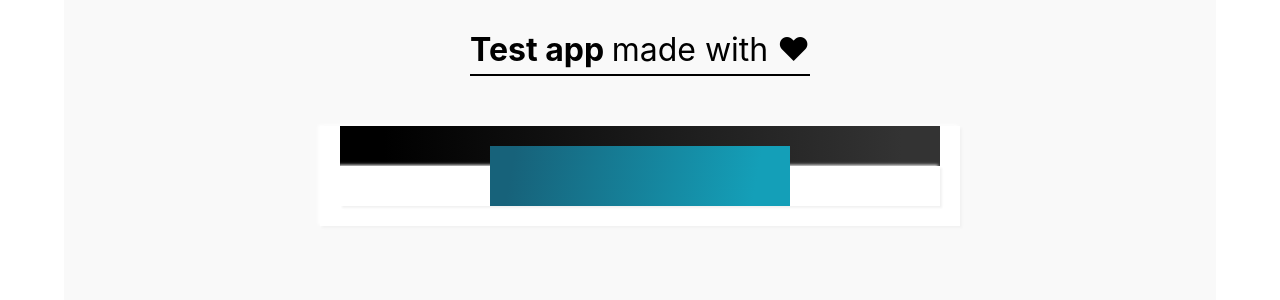
Repository: Khattak01/test-app
Page: /
The author's editor kept a copy of each file at every save. The page is drawn from the files as they stood at one save, then again after the next save.
The browser window is 1280 px wide. The pictures show the whole page.
The project was rebuilt for these pictures with package versions that can differ from the ones it lists, and the page was loaded fresh each time.

Above is the page before, as saved 2021-05-12 08:04:04.

### public/index.html
<!DOCTYPE html>
<html lang="en">
  <head>
    <meta charset="utf-8" />
    <link rel="icon" href="%PUBLIC_URL%/favicon.ico" />
    <meta name="viewport" content="width=device-width, initial-scale=1" />
    <meta name="theme-color" content="#000000" />
    <meta
      name="description"
      content="Web site created using create-react-app"
    />
    <link rel="apple-touch-icon" href="%PUBLIC_URL%/logo192.png" />
    <!--
      manifest.json provides metadata used when your web app is installed on a
      user's mobile device or desktop. See https://developers.google.com/web/fundamentals/web-app-manifest/
    -->
    <link rel="manifest" href="%PUBLIC_URL%/manifest.json" />
    <!--
      Notice the use of %PUBLIC_URL% in the tags above.
      It will be replaced with the URL of the `public` folder during the build.
      Only files inside the `public` folder can be referenced from the HTML.

      Unlike "/favicon.ico" or "favicon.ico", "%PUBLIC_URL%/favicon.ico" will
      work correctly both with client-side routing and a non-root public URL.
      Learn how to configure a non-root public URL by running `npm run build`.
    -->
    <title>Test App</title>
  </head>
  <body>
    <noscript>You need to enable JavaScript to run this app.</noscript>
    <div id="root"></div>
    <!--
      This HTML file is a template.
      If you open it directly in the browser, you will see an empty page.

      You can add webfonts, meta tags, or analytics to this file.
      The build step will place the bundled scripts into the <body> tag.

      To begin the development, run `npm start` or `yarn start`.
      To create a production bundle, use `npm run build` or `yarn build`.
    -->
  </body>
</html>

### src/index.js
import React from 'react';
import ReactDOM from 'react-dom';
import './index.css';
import App from '../src/components/app/App';

ReactDOM.render(
  <React.StrictMode>
      <App />
  </React.StrictMode>,
  document.getElementById('root')
);

### src/index.css
*{
  margin: 0;
  padding: 0;
  box-sizing: border-box;
}
body {
  margin: 0;
  font-family: -apple-system, BlinkMacSystemFont, 'Segoe UI', 'Roboto', 'Oxygen',
    'Ubuntu', 'Cantarell', 'Fira Sans', 'Droid Sans', 'Helvetica Neue',
    sans-serif;
  -webkit-font-smoothing: antialiased;
  -moz-osx-font-smoothing: grayscale;
}

code {
  font-family: source-code-pro, Menlo, Monaco, Consolas, 'Courier New',
    monospace;
}

.container{
  width:90%;
  margin:auto auto;
  background-color: #f9f9f9;
  padding: 10px;
}

### src/components/app/App.js
import React from 'react'
import './App.css'
import Banner from '../banner/Banner'

const App = () => {
    return (
        <div className="app container">
            <h1>Test app <span style={{fontWeight:'lighter'}}> made with </span> &#10084;</h1>
            <Banner />
        </div>
    )
}

export default App

### src/components/app/App.css
.app {
  padding: 30px 0;
  min-height: 100vh;
  text-align: center;
}
.app > h1 {
  display: inline-block;

  text-align: center;
  width: max-content;
  padding-bottom: 5px;
  border-bottom: 2px solid black;
  margin-bottom: 50px;
}

:root {
  --color-primary: linear-gradient(
    100.28537797494744deg,
    rgba(23, 98, 122, 1) 6.8671875%,
    rgba(23, 98, 122, 1) 8.216145833333332%,
    rgba(20, 159, 184, 1) 87.80468749999999%
  );

  --color-dark: linear-gradient(
    89.76211853375082deg,
    rgba(0, 0, 0, 1) 5.893229166666666%,
    rgba(0, 0, 0, 1) 7.356770833333332%,
    rgba(51, 51, 51, 1) 93.70572916666666%
  );
}

### src/components/banner/Banner.js
import React from 'react'
import classes from './Banner.module.css'

import Box from '../../UI/box/Box'

const Banner = () => {

    return (
        <Box className={classes.banner}>
            {/* <h1>Test App</h1>
            <button className={classes.banner__btn}>Button</button> */}
            <div className={classes.banner__top}></div>
            <div className={classes.banner__center}></div>
            <Box className={classes.banner__bottom}></Box>
        </Box>
    )
}

export default Banner

### src/components/banner/Banner.module.css
.banner {
  width: 100%;
  max-width: 40rem;
  min-width: 50vh;
  /* border: 1px solid black; */
  margin: auto auto;
  padding: 20px;
  padding-top: 0;
  position: relative;
}

.banner__top,.banner__bottom{
  height: 40px;
  width: 100%;
  background-color: red;
}
.banner__top{
  background-image: var(--color-dark);
}
.banner__center{
  position: absolute;
  top: 50%;
  left: 50%;
  transform: translate(-50%,-50%);

  background-image: var(--color-primary);
  width: 300px;
  height:60px
}




.banner__btn {
  margin: auto auto;
  width: 300px !important;
  display: flex;
  justify-content: center;
  align-items: center;
  /* background:#1AAB8A; */

  background-image: var(--color-primary);

  color: #fff;
  border: none;
  position: relative;
  height: 60px;
  font-size: 18px;
  padding: 0 20px;
  cursor: pointer;
  transition: 800ms ease all;
  outline: none;
}
.banner__btn:hover {
  background: #fff;
  color: #1aab8a;
}
.banner__btn:before,
.banner__btn:after {
  content: "";
  position: absolute;
  top: 0;
  right: 0;
  height: 2px;
  width: 0;
  background: #1aab8a;
  transition: 400ms ease all;
}
.banner__btn:after {
  right: inherit;
  top: inherit;
  left: 0;
  bottom: 0;
}
.banner__btn:hover:before,
.banner__btn:hover:after {
  width: 100%;
  transition: 800ms ease all;
}

### src/UI/box/Box.js

import React from 'react'
import classes from './Box.module.css'

const Box = (props) => {
    return (
        <div onClick={props.onClick} className={[classes.box,props.className].join(' ')}>
            {props.children}
        </div>
    )
}

export default Box

### src/UI/box/Box.module.css
.box {
  background-color: #ffffff;
  transition: all 0.25s cubic-bezier(0.86, 1.26, 0.59, 1.03);
  /* min-height: 1rem; */
  /* padding: 1rem; */
  /* border-radius: 1rem; */
  box-shadow: 2px 2px 2px #f2f2f2, -2px -1px 3px #ffffff;
}
.box:hover {
  /* transform: translateZ(0) scale(1.05); */
  backface-visibility: hidden;
}

After the next save:
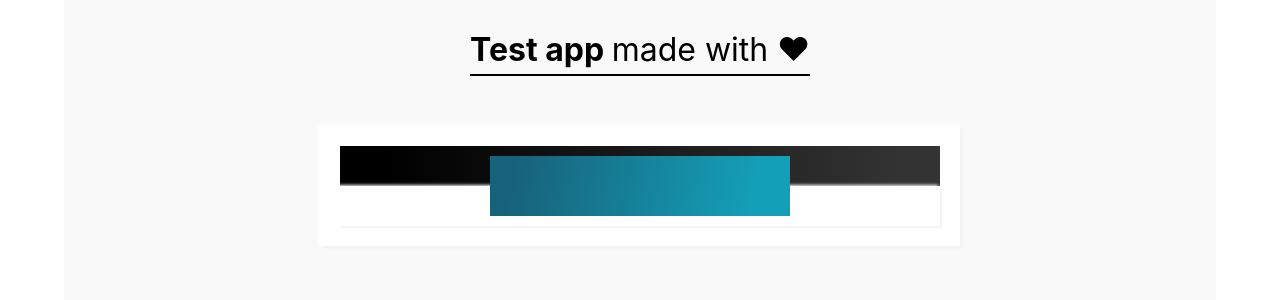
Saved 19 s later.
--- a/src/components/banner/Banner.module.css
+++ b/src/components/banner/Banner.module.css
@@ -5,7 +5,6 @@
   /* border: 1px solid black; */
   margin: auto auto;
   padding: 20px;
-  padding-top: 0;
   position: relative;
 }
 
